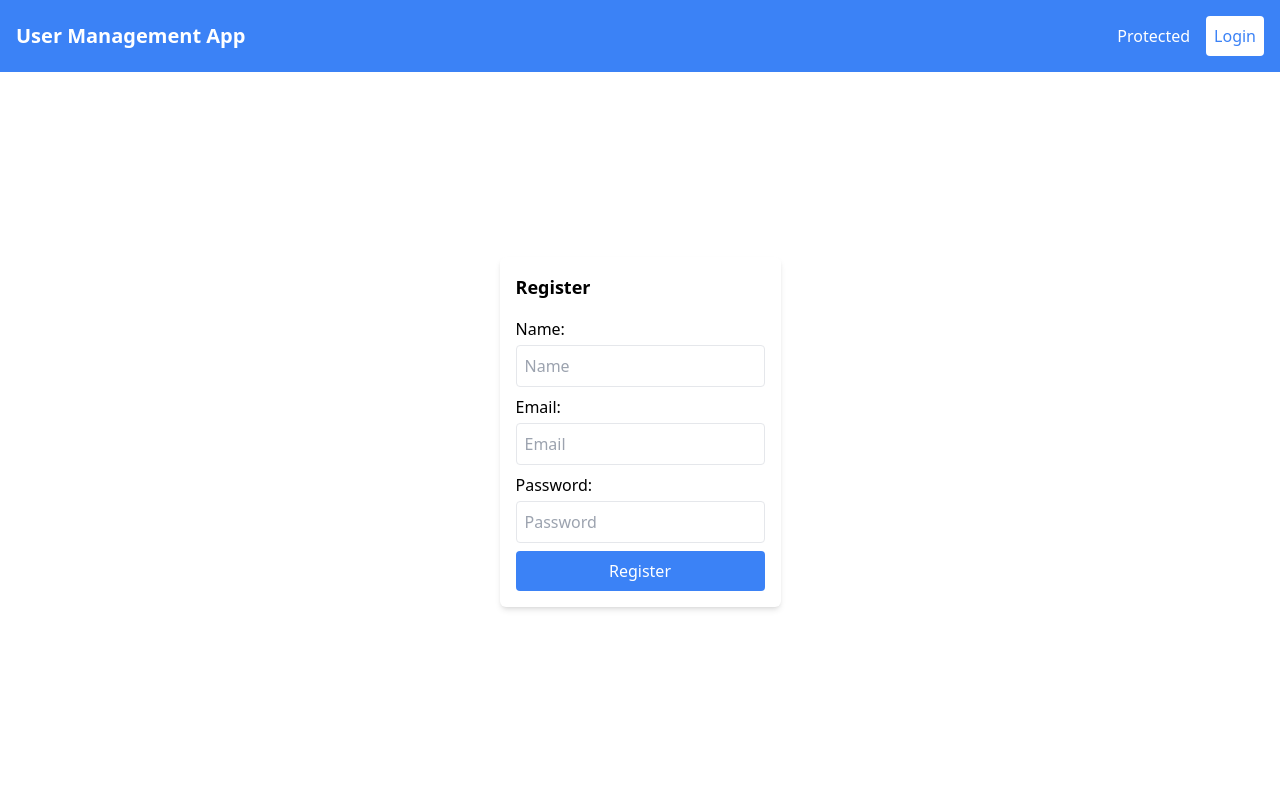
Repository: Ousman37/user-management-app
Page: /register (app in user-management-frontend/)
An editor plug-in stored every save of this project. The page is shown before and after the next save, followed by the edit.
The browser window is 1280 px wide. The pictures show the whole page.
The project was rebuilt for these pictures with package versions that can differ from the ones it lists, and the page was loaded fresh each time. Also part of the build but not shown: user-management-frontend/webpack.config.js, user-management-frontend/src/components/form/Login.jsx, user-management-frontend/src/components/ProtectedPage.jsx.

Above is the page before, as saved 2024-08-25 11:10:41.

### user-management-frontend/src/App.js
import React from "react";
import { Routes, Route } from "react-router-dom";
import Login from "./components/form/Login";
import Register from "./components/form/Register";
import ProtectedPage from "./components/ProtectedPage";
import Navbar from "./components/navigation/Navbar";

function App() {
  return (
    <>
      <Navbar />
      <Routes>
        <Route path="/login" element={<Login />} />
        <Route path="/register" element={<Register />} />
        <Route path="/protected" element={<ProtectedPage />} />
      </Routes>
    </>
  );
}

export default App;

### user-management-frontend/src/components/form/Register.jsx
import React, { useState } from "react";
import { useNavigate } from "react-router-dom";
import axios from "axios";

function Register() {
  const [name, setName] = useState("");
  const [email, setEmail] = useState("");
  const [password, setPassword] = useState("");
  const [error, setError] = useState("");
  const navigate = useNavigate();

  const handleSubmit = async (e) => {
    e.preventDefault();
    try {
      await axios.post("http://localhost:9000/api/register", {
        name,
        email,
        password,
      });
      navigate("/login");
    } catch (error) {
      setError("Error in registration");
    }
  };

  return (
    <div className="min-h-screen flex items-center justify-center">
      <form
        onSubmit={handleSubmit}
        className="p-4 shadow-md rounded-md bg-white"
      >
        <h2 className="text-lg font-bold mb-4">Register</h2>
        <div>
          <label htmlFor="name" className="block font-medium mb-1">
            Name:
          </label>
          <input
            type="text"
            id="name"
            placeholder="Name"
            value={name}
            onChange={(e) => setName(e.target.value)}
            className="block border rounded p-2 mb-2 w-full"
          />
          <label htmlFor="email" className="block font-medium mb-1">
            Email:
          </label>
          <input
            type="email"
            id="email"
            placeholder="Email"
            value={email}
            onChange={(e) => setEmail(e.target.value)}
            className="block border rounded p-2 mb-2 w-full"
          />
          <label htmlFor="password" className="block font-medium mb-1">
            Password:
          </label>
          <input
            type="password"
            id="password"
            placeholder="Password"
            value={password}
            onChange={(e) => setPassword(e.target.value)}
            className="block border rounded p-2 mb-2 w-full"
          />
          {error && <p className="text-red-500">{error}</p>}
          <button
            type="submit"
            className="bg-blue-500 text-white p-2 rounded w-full"
          >
            Register
          </button>
        </div>
      </form>
    </div>
  );
}

export default Register;

### user-management-frontend/src/components/navigation/Navbar.jsx
import React, { useState } from "react";
import { Link } from "react-router-dom";
import Login from "../form/Login";

function Navbar() {
  const [showLoginModal, setShowLoginModal] = useState(false);

  const openLoginModal = () => {
    setShowLoginModal(true);
  };

  const closeLoginModal = () => {
    setShowLoginModal(false);
  };

  return (
    <nav className="bg-blue-500 p-4">
      <div className="container mx-auto flex justify-between items-center">
        {/* Logo as text */}
        <div className="text-white font-bold text-xl">User Management App</div>
        <div className="space-x-4 flex items-center">
          <Link to="/protected" className="text-white">
            Protected
          </Link>
          <button
            onClick={openLoginModal}
            className="bg-white text-blue-500 p-2 rounded"
          >
            Login
          </button>
        </div>
      </div>
      {/* Login Modal */}
      {showLoginModal && (
        <div className="fixed inset-0 flex items-center justify-center bg-black bg-opacity-50">
          <div className="bg-white p-4 rounded-md shadow-lg">
            <button
              className="text-red-500 float-right"
              onClick={closeLoginModal}
            >
              &times;
            </button>
            <Login onClose={closeLoginModal} />
          </div>
        </div>
      )}
    </nav>
  );
}

export default Navbar;

Loaded but not shown: user-management-frontend/public/index.html (common file); user-management-frontend/src/index.js (common file); user-management-frontend/src/index.css (common file); user-management-frontend/tailwind.config.js (common file)

After the next save:
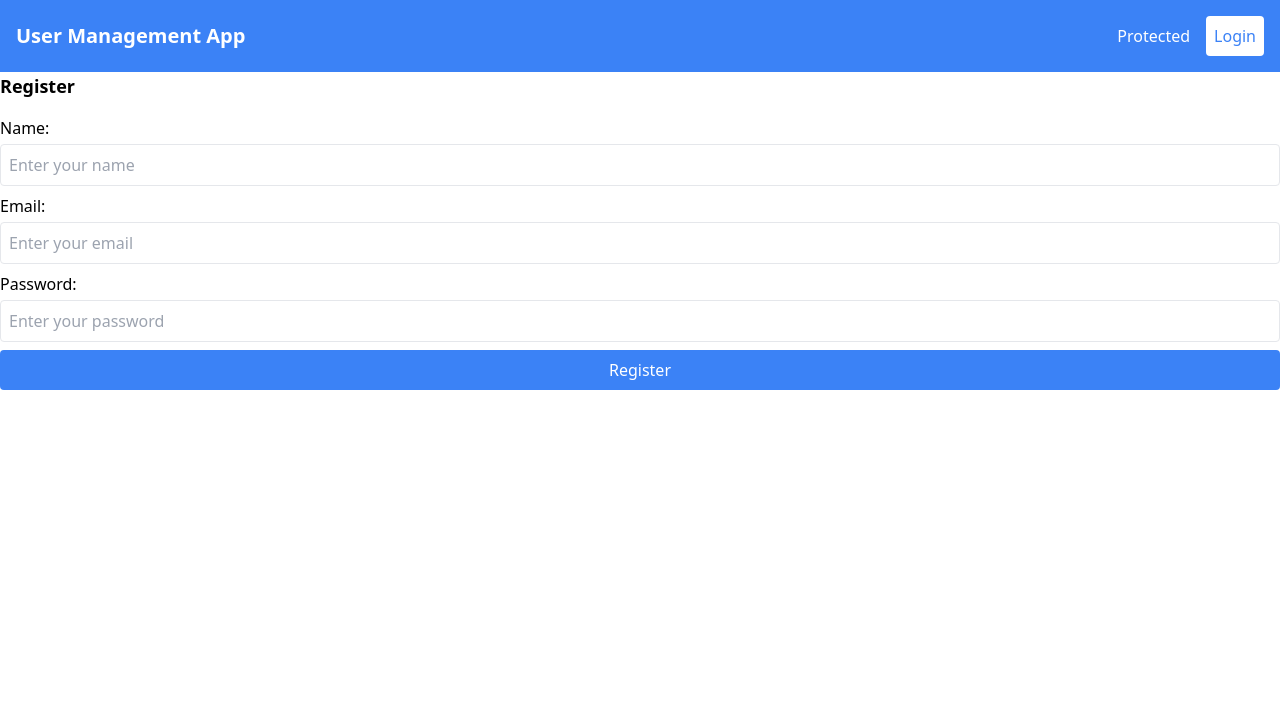
Saved 110 s later.
--- a/user-management-frontend/src/components/form/Register.jsx
+++ b/user-management-frontend/src/components/form/Register.jsx
@@ -2,7 +2,7 @@ import React, { useState } from "react";
 import { useNavigate } from "react-router-dom";
 import axios from "axios";
 
-function Register() {
+function Register({ onClose }) {
   const [name, setName] = useState("");
   const [email, setEmail] = useState("");
   const [password, setPassword] = useState("");
@@ -18,60 +18,56 @@ function Register() {
         password,
       });
       navigate("/login");
+      onClose(); // Close the modal on successful registration
     } catch (error) {
       setError("Error in registration");
     }
   };
 
   return (
-    <div className="min-h-screen flex items-center justify-center">
-      <form
-        onSubmit={handleSubmit}
-        className="p-4 shadow-md rounded-md bg-white"
-      >
-        <h2 className="text-lg font-bold mb-4">Register</h2>
-        <div>
-          <label htmlFor="name" className="block font-medium mb-1">
-            Name:
-          </label>
-          <input
-            type="text"
-            id="name"
-            placeholder="Name"
-            value={name}
-            onChange={(e) => setName(e.target.value)}
-            className="block border rounded p-2 mb-2 w-full"
-          />
-          <label htmlFor="email" className="block font-medium mb-1">
-            Email:
-          </label>
-          <input
-            type="email"
-            id="email"
-            placeholder="Email"
-            value={email}
-            onChange={(e) => setEmail(e.target.value)}
-            className="block border rounded p-2 mb-2 w-full"
-          />
-          <label htmlFor="password" className="block font-medium mb-1">
-            Password:
-          </label>
-          <input
-            type="password"
-            id="password"
-            placeholder="Password"
-            value={password}
-            onChange={(e) => setPassword(e.target.value)}
-            className="block border rounded p-2 mb-2 w-full"
-          />
-          {error && <p className="text-red-500">{error}</p>}
-          <button
-            type="submit"
-            className="bg-blue-500 text-white p-2 rounded w-full"
-          >
-            Register
-          </button>
-        </div>
+    <div>
+      <h2 className="text-lg font-bold mb-4">Register</h2>
+      <form onSubmit={handleSubmit}>
+        <label htmlFor="name" className="block font-medium mb-1">
+          Name:
+        </label>
+        <input
+          type="text"
+          id="name"
+          placeholder="Enter your name"
+          value={name}
+          onChange={(e) => setName(e.target.value)}
+          className="block border rounded p-2 mb-2 w-full"
+        />
+        <label htmlFor="email" className="block font-medium mb-1">
+          Email:
+        </label>
+        <input
+          type="email"
+          id="email"
+          placeholder="Enter your email"
+          value={email}
+          onChange={(e) => setEmail(e.target.value)}
+          className="block border rounded p-2 mb-2 w-full"
+        />
+        <label htmlFor="password" className="block font-medium mb-1">
+          Password:
+        </label>
+        <input
+          type="password"
+          id="password"
+          placeholder="Enter your password"
+          value={password}
+          onChange={(e) => setPassword(e.target.value)}
+          className="block border rounded p-2 mb-2 w-full"
+        />
+        {error && <p className="text-red-500">{error}</p>}
+        <button
+          type="submit"
+          className="bg-blue-500 text-white p-2 rounded w-full"
+        >
+          Register
+        </button>
       </form>
     </div>
   );
